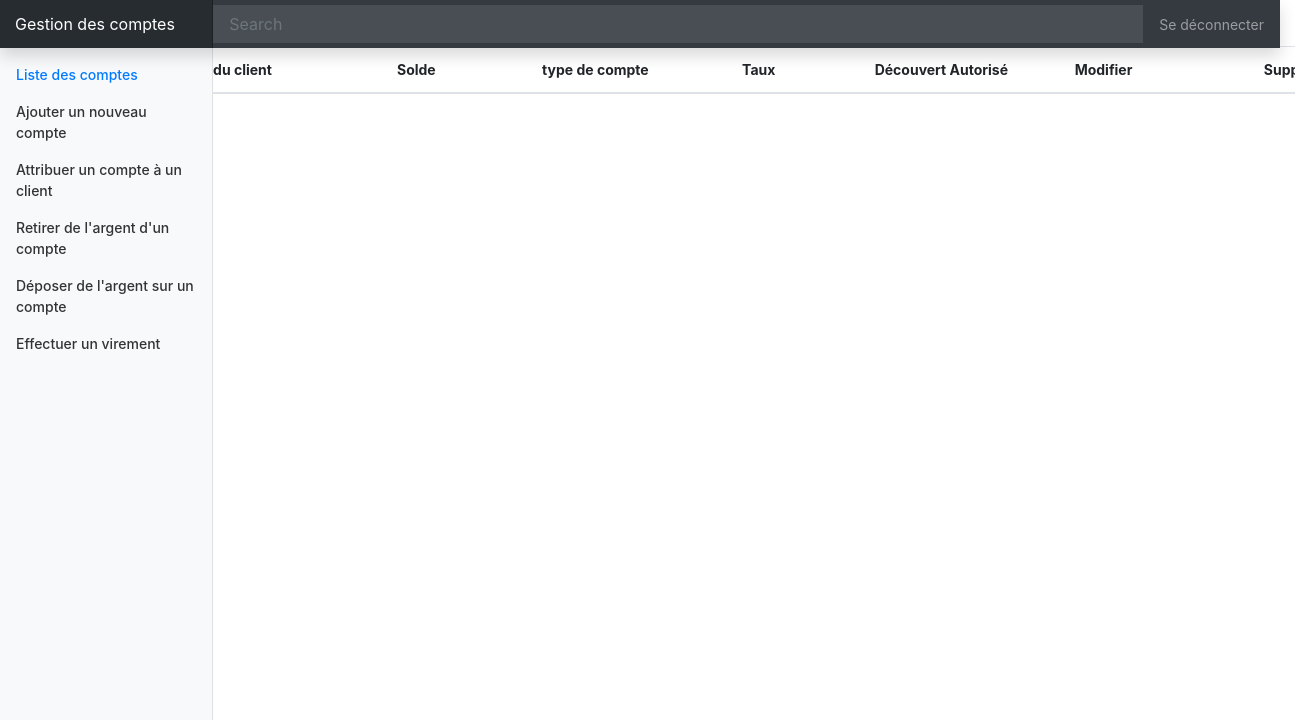
Repository: liiiseee/Projet
Page: http://localhost/02_projet_gestion_clients_compte/menu-comptes.jsp
The author's editor kept a copy of each file at every save. The page is drawn from the files as they stood at one save, then again after the next save.
The browser window is 1280 px wide. The page is 1295 px wide, so the pictures cover 1295 px, including what lies to the right of the window. The pictures show the whole page.
The page is served by Tomcat 9. Other server files are loaded and not shown. The template is opened directly, without the code that normally fills it, so the values that code supplies are empty.

Above is the page before, as saved 2020-03-30 14:57:52.

### 02_projet_gestion_clients_compte/WebContent/menu-comptes.jsp
<%@ page language="java" contentType="text/html; charset=ISO-8859-1"
    pageEncoding="ISO-8859-1"%>

<%@ taglib uri="http://java.sun.com/jsp/jstl/core" prefix="c"%>
<!DOCTYPE html>
<html>
<head>
<meta charset="ISO-8859-1">
<title>liste comptes</title>
<link href="assets/styles/bootstrap.min.css" rel="stylesheet" >

 <style>
      .bd-placeholder-img {
        font-size: 1.125rem;
        text-anchor: middle;
        -webkit-user-select: none;
        -moz-user-select: none;
        -ms-user-select: none;
        user-select: none;
      }

      @media (min-width: 768px) {
        .bd-placeholder-img-lg {
          font-size: 3.5rem;
        }
      }
    </style>
    <!-- Custom styles for this template -->
    <link href="assets/styles/dashboard.css" rel="stylesheet">
</head>
<body>

    <nav class="navbar navbar-dark fixed-top bg-dark flex-md-nowrap p-0 shadow">
  <a class="navbar-brand col-sm-3 col-md-2 mr-0" href="#">Gestion des comptes</a>
  <input class="form-control form-control-dark w-100" type="text" placeholder="Search" aria-label="Search">
  <ul class="navbar-nav px-3">
    <li class="nav-item text-nowrap">
      <a class="nav-link" href="authentification-servlet?destroy=true">Se déconnecter</a>
    </li>
  </ul>
</nav>

<div class="container-fluid">
  <div class="row">
    <nav class="col-md-2 d-none d-md-block bg-light sidebar">
      <div class="sidebar-sticky">
        <ul class="nav flex-column">
          <li class="nav-item">
            <a class="nav-link active" href="#">
              <span data-feather="home"></span>
              Liste des comptes <span class="sr-only">(current)</span>
            </a>
          </li>
          <li class="nav-item">
            <a class="nav-link" href="ajout-compte.jsp">
              <span data-feather="file"></span>
              Ajouter un nouveau compte
            </a>
          </li>
          <li class="nav-item">
            <a class="nav-link" href="attribuer-compte.jsp">
              <span data-feather="file"></span>
              Attribuer un compte à un client
            </a>
          </li>
         <li class="nav-item">
          <input type="hidden" name="action" value="liste"/>
            <a class="nav-link" href="menu-retrait.jsp">
              <span data-feather="shopping-cart"></span>
              Retirer de l'argent d'un compte
            </a>
          </li>

          <li class="nav-item">
          <input type="hidden" name="action" value="dep"/>
            <a class="nav-link" href="menu-depot.jsp">
              <span data-feather="users"></span>
             Déposer de l'argent sur un compte
            </a>
          </li>
          <li class="nav-item">
            <a class="nav-link" href="#">
              <span data-feather="bar-chart-2"></span>
              Effectuer un virement
            </a>
          </li>
          </ul>



      </div>
    </nav>
    </div>
    </div>





   <h2>Liste des comptes</h2>
   <div class="row">
     <div class="table-responsive" >
       <table  class="table table-striped" style="width: 2000px;">




          <thead>
            <tr>
              	<th style="width:10%;">ID</th>
              	<th style="width:10%;">Id du client</th>
	 			<th style="width:10px;">Solde</th>
	 			<th style="width:10%;">type de compte</th>
	 			<th style="width:10px;">Taux</th>
	 			<th style="width:10%;">Découvert Autorisé</th>
	 			<th style="width:10px;">Modifier</th>
	 			<th style="width:10px;">Supprimer</th>
	 			<th style="width:10px;">Depot</th>
	 			<th style="width:10px;">Retrait</th>
	 			<th style="width:10px;">Virement</th>

            </tr>
          </thead>
          <tbody>
            <c:forEach items="${liste_comptes}" var="compte">
	 			<tr>

	 				<td>${compte.idCompte }</td>
	 				<td> ${compte.clientID } </td>
	 				<td> ${compte.solde } </td>
	 				<td> ${compte.typeCompte } </td>
	 				<td> ${compte.taux } </td>
	 				<td> ${compte.decouvert } </td>
	 				<td>
	 					<a href="gestion-compte-servlet?action=modif&id-compte=${compte.idCompte}">modifier</a>
	 				</td>


	 				<td>
	 					<a href="gestion-compte-servlet?action=supp&id-compte=${compte.idCompte}">supprimer</a>
	 				</td>

	 				<td>
	 					<a href="gestion-compte-servlet?action=depot&id-compte=${compte.idCompte}">depot</a>
	 				</td>

	 				<td>
	 					<a href="gestion-compte-servlet?action=retrait&id-compte=${compte.idCompte}">retrait</a>
	 				</td>
	 				<td>
	 					<a href="gestion-compte-servlet?action=virement&id-compte=${compte.idCompte}">virement</a>
	 				</td>




	 				</tr>

            </c:forEach>


          </tbody>

        </table>

            </div>
        </div>



</body>
</html>

### 02_projet_gestion_clients_compte/WebContent/assets/styles/dashboard.css
@charset "ISO-8859-1";

body {
  font-size: .875rem;
}

.feather {
  width: 16px;
  height: 16px;
  vertical-align: text-bottom;
}

/*
 * Sidebar
 */

.sidebar {
  position: fixed;
  top: 0;
  bottom: 0;
  left: 0;
  z-index: 100; /* Behind the navbar */
  padding: 48px 0 0; /* Height of navbar */
  box-shadow: inset -1px 0 0 rgba(0, 0, 0, .1);
}

.sidebar-sticky {
  position: relative;
  top: 0;
  height: calc(100vh - 48px);
  padding-top: .5rem;
  overflow-x: hidden;
  overflow-y: auto; /* Scrollable contents if viewport is shorter than content. */
}

@supports ((position: -webkit-sticky) or (position: sticky)) {
  .sidebar-sticky {
    position: -webkit-sticky;
    position: sticky;
  }
}

.sidebar .nav-link {
  font-weight: 500;
  color: #333;
}

.sidebar .nav-link .feather {
  margin-right: 4px;
  color: #999;
}

.sidebar .nav-link.active {
  color: #007bff;
}

.sidebar .nav-link:hover .feather,
.sidebar .nav-link.active .feather {
  color: inherit;
}

.sidebar-heading {
  font-size: .75rem;
  text-transform: uppercase;
}

/*
 * Content
 */

[role="main"] {
  padding-top: 133px; /* Space for fixed navbar */
}

@media (min-width: 768px) {
  [role="main"] {
    padding-top: 48px; /* Space for fixed navbar */
  }
}

/*
 * Navbar
 */

.navbar-brand {
  padding-top: .75rem;
  padding-bottom: .75rem;
  font-size: 1rem;
  background-color: rgba(0, 0, 0, .25);
  box-shadow: inset -1px 0 0 rgba(0, 0, 0, .25);
}

.navbar .form-control {
  padding: .75rem 1rem;
  border-width: 0;
  border-radius: 0;
}

.form-control-dark {
  color: #fff;
  background-color: rgba(255, 255, 255, .1);
  border-color: rgba(255, 255, 255, .1);
}

.form-control-dark:focus {
  border-color: transparent;
  box-shadow: 0 0 0 3px rgba(255, 255, 255, .25);
}

Loaded but not shown: 02_projet_gestion_clients_compte/WebContent/assets/styles/bootstrap.min.css (library)

After the next save:
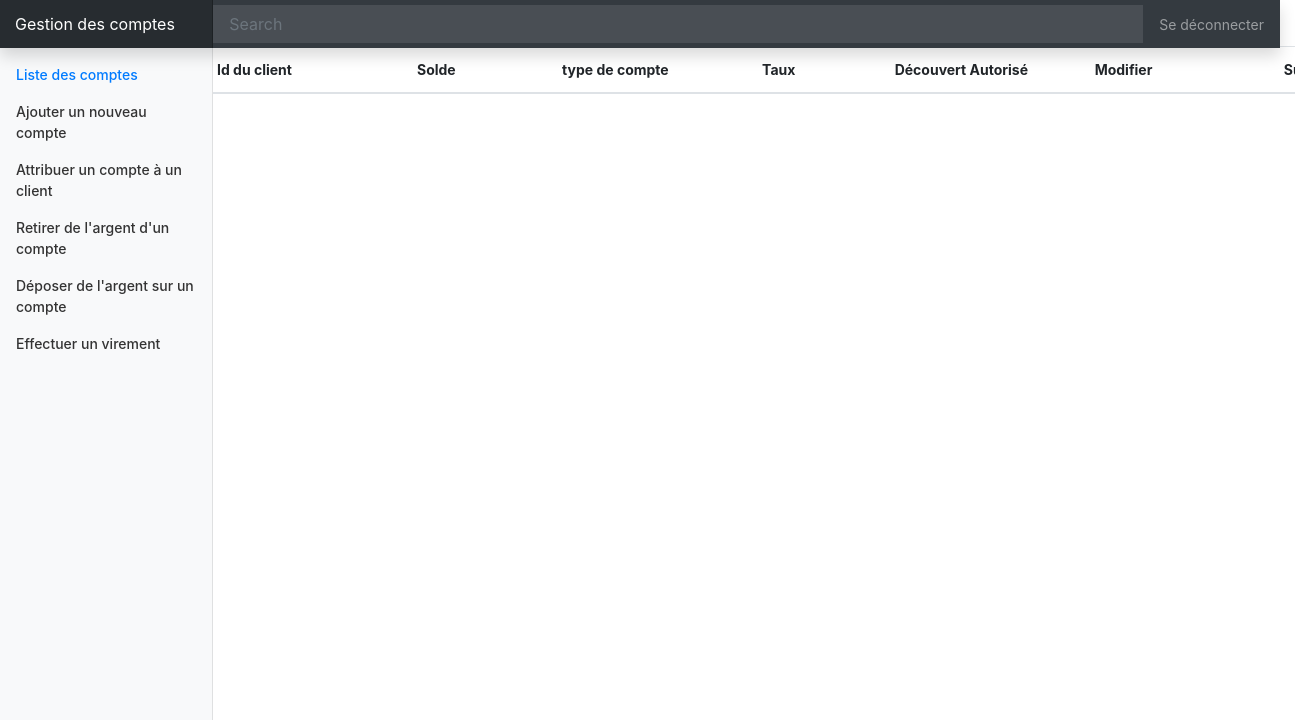
Saved 2 min 3 s later.
--- a/02_projet_gestion_clients_compte/WebContent/menu-comptes.jsp
+++ b/02_projet_gestion_clients_compte/WebContent/menu-comptes.jsp
@@ -100,7 +100,7 @@
    <h2>Liste des comptes</h2>
    <div class="row">
      <div class="table-responsive" >
-       <table  class="table table-striped" style="width: 2000px;">
+       <table  class="table table-striped" style="width: 2000px; margin-left: 20px">
 
 
 
